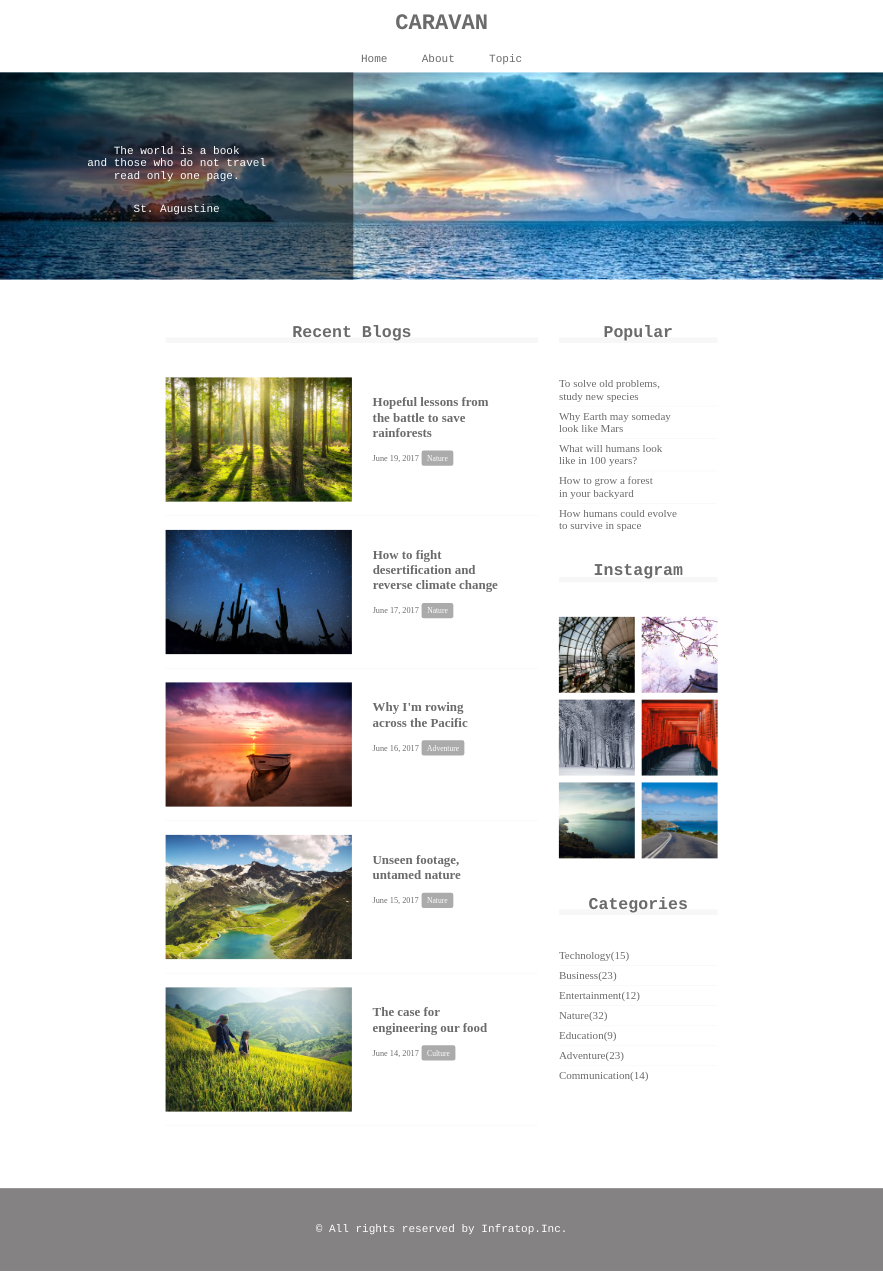
Repository: HARUNIKA/dmm-webcamp
Page: CARAVAN/index.html
The author's editor kept a record of every edit. The page is drawn from the files as they stood at one moment, then again after the next edit.
The browser window is 1280 px wide. The pictures show the whole page, at 69% of full size.

Above is the page before.

### CARAVAN/index.html
<!DOCTYPE html>
<html lang="ja">
  <head>
    <meta charset="UTF-8" />
    <!-- CSSファイルの読み込み -->
    <link rel="stylesheet" href="style.css" />
    <title>CARAVAN</title>
  </head>

  <body>
    <!-- header -->
    <header>
      <h1 class="heading">
        <a href="index.html">
          CARAVAN
        </a>
      </h1>
    </header>

    <!-- navigation -->
    <nav>
      <ul class="nav-list">
        <li class="nav-list-item">
          <a href="index.html">Home</a>
        </li>
        <li class="nav-list-item">About</li>
        <li class="nav-list-item">Topic</li>
      </ul>
    </nav>

    <!-- main-visual用のdiv -->
    <div class="main-visual">
      <div class="main-visual-content">
        <p class="main-visual-text">
          The world is a book<br>
          and those who do not travel<br>
          read only one page.
        </p>
        <p class="main-visual-name">
          St. Augustine
        </p>
      </div>
    </div>

    <!-- main用のdiv -->
    <main>
      <section class="blog">
        <h2 class="blog-heading">Recent Blogs</h2>

        <div class="blog-box">
          <div class="blog-item">
            <img class="blog-image" src="img/forest.jpg" />
            <section class="blog-text">
              <h3 class="blog-text-heading">
                <a href="single.html">
                  Hopeful lessons from<br>
                  the battle to save<br>
                  rainforests
                </a>
              </h3>
              <p class="blog-date">June 19, 2017</p>
              <span class="category">Nature</span>
            </section>
          </div>
          <div class="blog-item">
            <img class="blog-image" src="img/desert.jpg" />
            <section class="blog-text">
              <h3 class="blog-text-heading">
                <a href="single.html">
                  How to fight<br>
                  desertification and<br>
                  reverse climate change
                </a>
              </h3>
              <p class="blog-date">June 17, 2017</p>
              <span class="category">Nature</span>
            </section>
          </div>
          <div class="blog-item">
            <img class="blog-image" src="img/sunset.jpg" />
            <section class="blog-text">
              <h3 class="blog-text-heading">
                <a href="single.html">
                  Why I'm rowing<br>
                  across the Pacific
                </a>
              </h3>
              <p class="blog-date">June 16, 2017</p>
              <span class="category">Adventure</span>
            </section>
          </div>
          <div class="blog-item">
            <img class="blog-image" src="img/italy.jpg" />
            <section class="blog-text">
              <h3 class="blog-text-heading">
                <a href="single.html">
                  Unseen footage,<br>
                  untamed nature
                </a>
              </h3>
              <p class="blog-date">June 15, 2017</p>
              <span class="category">Nature</span>
            </section>
          </div>
          <div class="blog-item">
            <img class="blog-image" src="img/asia.jpg" />
            <section class="blog-text">
              <h3 class="blog-text-heading">
                <a href="single.html">
                  The case for<br>
                  engineering our food
                </a>
              </h3>
              <p class="blog-date">June 14, 2017</p>
              <span class="category">Culture</span>
            </section>
          </div>
        </div>      </section>
      <div class="sidebar"><div class="sidebar">
        <section class="popular">
          <h2 class="popular-heading common-heading">Popular</h2>
          <div class="sidebar-contents">
            <p class="popular-text">To solve old problems,<br>study new species</p>
            <p class="popular-text">Why Earth may someday<br>look like Mars</p>
            <p class="popular-text">What will humans look<br>like in 100 years?</p>
            <p class="popular-text">How to grow a forest<br>in your backyard</p>
            <p class="popular-text">How humans could evolve<br>to survive in space</p>
          </div>
        </section>
        <section class="instagram">
          <h2 class="instagram-heading common-heading">Instagram</h2>
          <div class="sidebar-contents">
            <div class="instagram-box"></div>
            <div class="instagram-box"></div>
            <div class="instagram-box"></div>
            <div class="instagram-box"></div>
            <div class="instagram-box"></div>
            <div class="instagram-box"></div>
          </div>
        </section>
        <section class="categories">
          <h2 class="categories-heading common-heading">Categories</h2>
          <div class="sidebar-contents">
            <p class="categories-text">Technology(15)</p>
            <p class="categories-text">Business(23)</p>
            <p class="categories-text">Entertainment(12)</p>
            <p class="categories-text">Nature(32)</p>
            <p class="categories-text">Education(9)</p>
            <p class="categories-text">Adventure(23)</p>
            <p class="categories-text">Communication(14)</p>
          </div>
        </section>
      </div>
    </main>

    <!-- footer -->
    <footer>
      <p class="footer-text">© All rights reserved by Infratop.Inc.</p>
    </footer>
  </body>
</html>

### CARAVAN/style.css
* {
  margin: 0;
  padding: 0;
  box-sizing: border-box;
  color: #6c6b6b;
}

a {
  text-decoration: none;
}

header, nav, h2, .main-visual, footer {
  font-family: Chalkduster, "Bradley Hand", Courier, "Segoe Print", sans-serif;
}

header {
  width: 90%;
  padding: 15px 0;
  margin: 0 auto;
  text-align: center;
  position: relative;
}

.social i {
  display: inline-block;
  margin-left: 20px;
}

.social {
  position: absolute;
  top: 22px;
  right: 22px;
}

header .heading {
  font-size: 32px;
}

.nav-list {
  text-align: center;
  padding: 10px 0;
  margin: 0 auto;
}

.nav-list-item {
  list-style: none;
  display: inline-block;
  margin: 0 20px;
}

.main-visual {
  width: 100%;
  height: 300px;
  background-image: url(img/mv.jpg);
  background-size: cover;
  background-position: center;
}

.main-visual-content {
  width: 40%;
  height: 300px;
  background-color: rgba(0, 0, 0, 0.5);
  text-align: center;
  padding-top: 105px;
}

.main-visual-text {
  color: #fff;
}

.main-visual-name {
  margin-top: 30px;
  color: #fff;
}

main {
  width: 800px;
  display: flex;
  justify-content: center;
  margin: 0 auto;
  padding: 70px 0;
}

.blog {
  width: 540px;
  margin-right: 30px;
}

.blog-heading {
  border-bottom: 8px solid #f7f7f7;
  text-align: center;
  line-height: 0.6;
}

.blog-box {
  padding-top: 50px;
}

.blog-item {
  padding-bottom: 20px;
  margin-bottom: 20px;
  border-bottom: 1px solid #f7f7f7;
  display: flex;
  justify-content: flex-start;
}

.blog-image {
  height: 180px;
}

.blog-text {
  padding: 25px 0 0 30px;
}

.blog-text-heading {
  padding-bottom: 15px;
}

.blog-date {
  font-size: 12px;
  display: inline-block;
}

.category {
  display: inline-block;
  padding: 5px 8px;
  background-color: #acabab;
  border-radius: 3px;
  color: #fff;
  font-size: 11px;
}

.pagination {
  text-align: center;
  padding-top: 50px;
}
.pagination p {
  display: inline-block;
  width: 30px;
  height: 30px;
  margin: 0 5px;
  color: #fff;
  background-color: #acabab;
  border-radius: 3px;
  line-height: 30px;
}

.sidebar {
  width: 230px;
}
.common-heading {
  border-bottom: 8px solid #f7f7f7;
  text-align: center;
  line-height: 0.6;
}
.sidebar-contents {
  padding: 50px 0;
}
.popular-text,
.categories-text {
  padding-bottom: 5px;
  border-bottom: 1px solid #f7f7f7;
  margin-bottom: 5px;
}
.popular-text:last-child,
.categories-text:last-child {
  margin: 0;
  padding: 0;
  border: none;
}

.instagram .sidebar-contents {
  display: flex;
  flex-wrap: wrap;
}

.instagram-box {
  width: 110px;
  padding-top: 110px;
  background-size: cover;
  background-position: center;
  margin-bottom: 10px;
}
.instagram-box:nth-child(odd) {
  margin-right: 10px;
}
.instagram-box:nth-child(1) {
  background-image: url(img/airport.jpg);
}
.instagram-box:nth-child(2) {
  background-image: url(img/japan.jpg);
}
.instagram-box:nth-child(3) {
  background-image: url(img/snow.jpg);
}
.instagram-box:nth-child(4) {
  background-image: url(img/japan2.jpg);
}
.instagram-box:nth-child(5) {
  background-image: url(img/lake.jpg);
}
.instagram-box:nth-child(6) {
  background-image: url(img/road.jpg);
}

footer {
  width: 100%;
  height: 120px;
  text-align: center;
  line-height: 120px;
  background-color: #848282;
}

.footer-text {
  color: #fff;
}

@media screen and (max-width:425px){
  header{
    width:100%;
  }

  .nav-list{
    width: 100%;
  }

  .nav-list-item{
    width: 100%;
    margin:0 0 10px 0;
  }

  .social{
    display: none;
  }

  .main-visual-content{
    width: 100%;
  }

  main{
    width: 100%;
    display: block;
  }
  .blog{
    width: 100%;
    margin: 0;
  }

  .blog-box{
    padding-left: 2%;
    padding-right: 2%;
  }

  .blog-image{
    width: 49%;
  }

  .bolg-text{
    width: 49%;
    padding-top: 5px;
  }

  .sidebar{
    width: 100%;
  }

  .sidebar-contents{
    padding-left: 3%;
    padding-right: 3%;
  }

  .instagram-box{
    width: 48%;
    padding-top: 48%;
  }

  .instagram-box:nth-child(odd){
    margin-right: 4%;
  }

  .padding{
    margin-bottom: 50px;
  }
}

After the next edit:
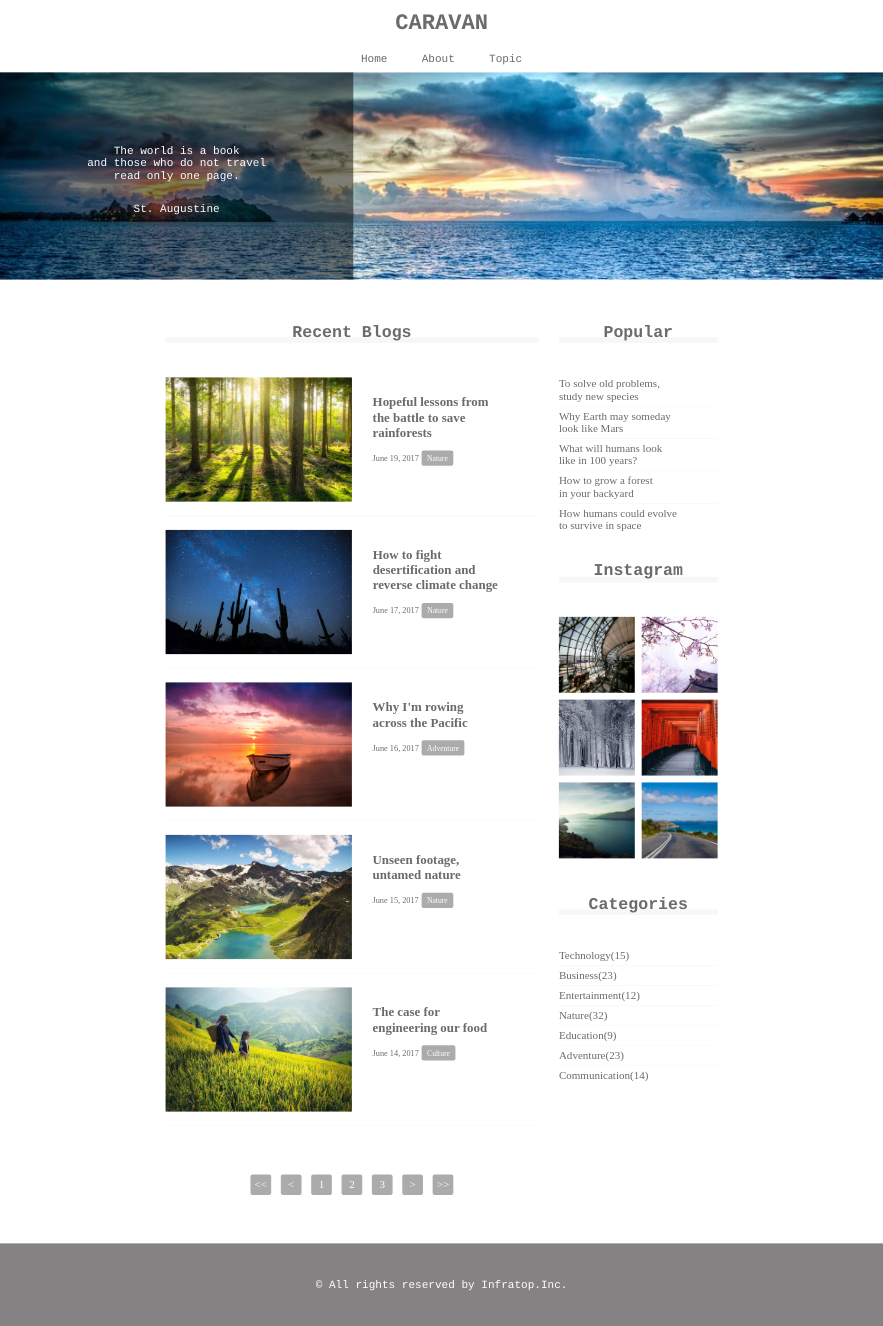
The edit:
--- a/CARAVAN/index.html
+++ b/CARAVAN/index.html
@@ -115,7 +115,18 @@
               <span class="category">Culture</span>
             </section>
           </div>
-        </div>      </section>
+        </div>
+        <div class="pagination">
+          <p><<</p>
+          <p><</p>
+          <p>1</p>
+          <p>2</p>
+          <p>3</p>
+          <p>></p>
+          <p>>></p>
+          </div>
+
+          </section>
       <div class="sidebar"><div class="sidebar">
         <section class="popular">
           <h2 class="popular-heading common-heading">Popular</h2>
